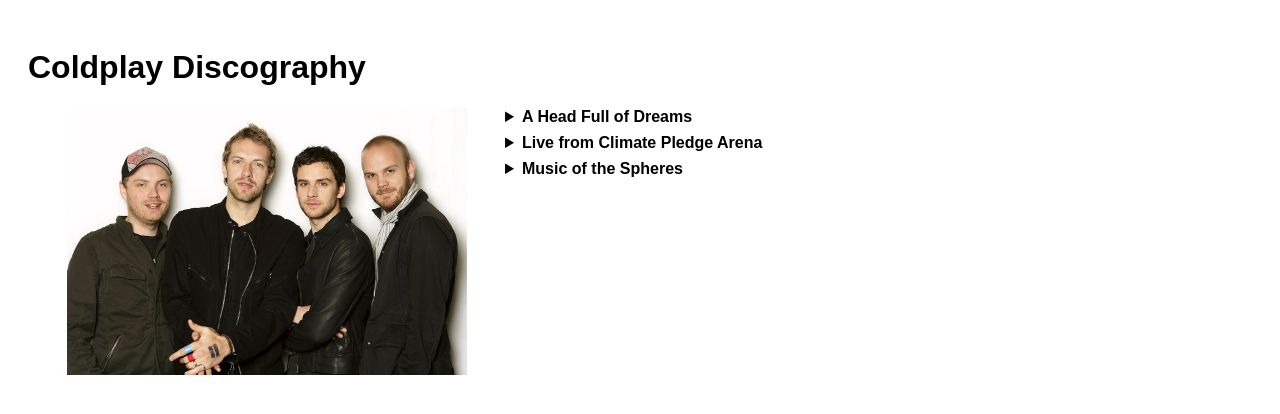
Repository: MelissaJacobi/Frontend-lab-1
Page: /
An editor plug-in stored every save of this project. The page is shown before and after the next save, followed by the edit.
The browser window is 1280 px wide. The pictures show the whole page.
The project was rebuilt for these pictures with package versions that can differ from the ones it lists, and the page was loaded fresh each time. Also part of the build but not shown: vite.config.js.

Above is the page before, as saved 2024-09-14 16:13:12.

### src/App.jsx
import React from 'react';
import './index.css';

function App() {
  return (
    <div className="app">
      <h1>Coldplay Discography</h1>
      <div className='content'>
        <img className="band-img" src="/public/Coldplay-All-Members.jpg" alt="coldplay members"></img>
        <div className='accordion-container'>
          <details className="accordion">
            <summary className='accordion-header'>A Head Full of Dreams</summary>
              <p>A Head Full of Dreams</p>
              <p>Birds</p>
              <p>Hymn For the Weekend</p>
              <p>Everglow</p>
              <p>Adventure of a Lifetime</p>
              <p>Fun</p>
              <p>keleidoscope</p>
              <p>Army of One</p>
              <p>Amazing day</p>
              <p>Color Spectrum</p>
              <p>Up&Up</p>
              <p>Something just like this</p>
          </details>
          <details className="accordion">
            <summary className='accordion-header'>Live from Climate Pledge Arena</summary>
              <p>Viva la Vida</p>
              <p>Human Heart</p>
              <p>People of Pride</p>
              <p>Fix you</p>
          </details>
          <details className="accordion">
            <summary className='accordion-header'>Music of the Spheres</summary>
              <p>Music of the Spheres</p>
              <p>Higher power</p>
              <p>Humankind</p>
              <p>Alien Choir</p>
              <p>Let somebody go</p>
              <p>Biutyful</p>
              <p>my universe</p>
              <p>infinity sign</p>
              <p>Coloratura</p>
              <p>higher power</p>
              <p>My Universe</p>
            </details>
        </div>

      </div>
    </div>
  );
}

export default App;

### src/index.css
.app {
  font-family: sans-serif;
  padding: 20px;
}

.accordion {
  width: 100%;
  max-width: 600px;
  margin: 0 auto;
}

.band-img {
  width: 400px;
  height: 100%;
  margin: 0 auto;
}

.accordion-item {
  margin-bottom: 10px;
}

.accordion-header {
  font-weight: bold;
  margin: -0.5em -0.5em 0;
  padding: 0.5em;
}

.accordion-content {
  padding: 10px;
  background-color: #fff;
}

.accordion-header:hover {
  background-color: #e0e0e0;
}
.content {
  display: flex;
  width: 60%;
}

Loaded but not shown: index.html (common file); src/main.jsx (common file)

After the next save:
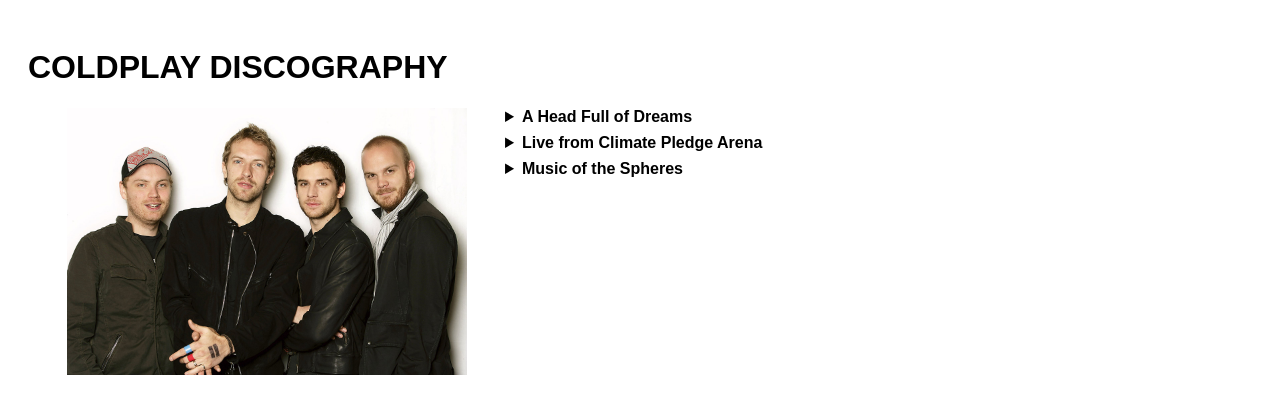
Saved 6 min 17 s later.
--- a/src/App.jsx
+++ b/src/App.jsx
@@ -4,7 +4,7 @@
 function App() {
   return (
     <div className="app">
-      <h1>Coldplay Discography</h1>
+      <h1>COLDPLAY DISCOGRAPHY</h1>
       <div className='content'>
         <img className="band-img" src="/public/Coldplay-All-Members.jpg" alt="coldplay members"></img>
         <div className='accordion-container'>
